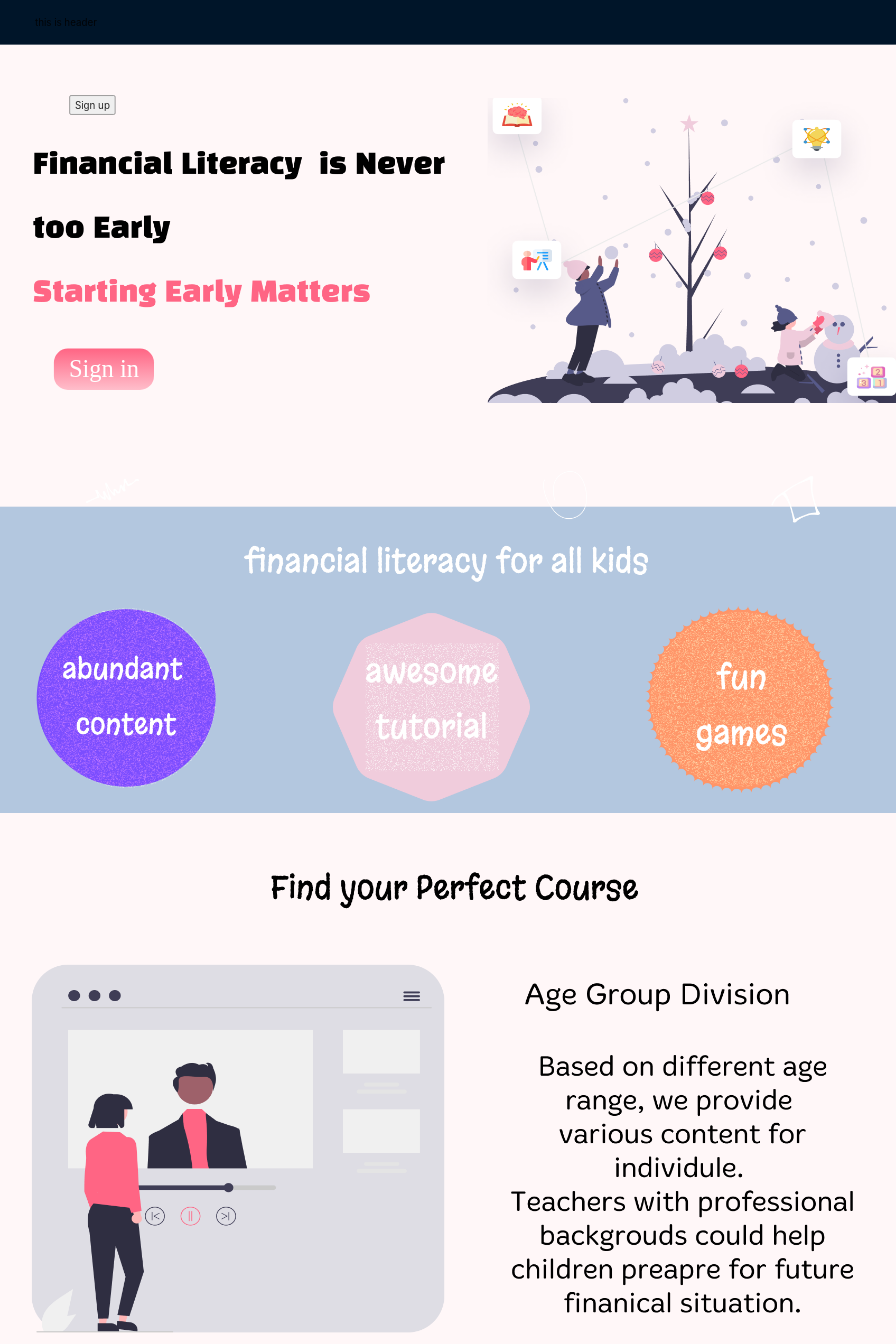
Repository: Zoe-XJ-Zhang/Goldilocks
Page: /
An editor plug-in stored every save of this project. The page is shown before and after the next save, followed by the edit.
The browser window is 1280 px wide. The pictures show the part of the page from y = 0 to 1920 px (the page is 2775 px tall), at 70% of full size.
The project was rebuilt for these pictures with package versions that can differ from the ones it lists, and the page was loaded fresh each time. Also part of the build but not shown: src/page/roadmapPage/roadmapPage.js, src/page/aboutPage/aboutPage.js.

Above is the page before, as saved 2022-08-31 17:14:53.

### public/index.html
<!DOCTYPE html>
<html lang="en">
  <head>
    <meta charset="utf-8" />
    <link rel="icon" href="./logo.jpg" />
    <meta name="viewport" content="width=device-width, initial-scale=1" />
    <meta name="theme-color" content="#000000" />
    <meta
      name="description"
      content="Web site created using create-react-app"
    />
    <title>Goldilocks</title>
  </head>
  <body>
    <noscript>You need to enable JavaScript to run this app.</noscript>
    <div id="root"></div>
  </body>
</html>

### src/App.js
import "./App.css";
import { Layout } from "antd";
import { Route, Routes } from "react-router-dom";
import HomePage from "./page/homePage/homePage";
import RoadmapPage from "./page/roadmapPage/roadmapPage";
import AboutPage from "./page/aboutPage/aboutPage";

const { Header, Footer, Content } = Layout;

function App() {
  return (
    <div className="App">
      <Header>this is header</Header>
      <Content>
        <Routes>
          <Route path="/*" element={<HomePage />}></Route>
          <Route path="/home" element={<HomePage />}></Route>
          <Route path="/roadmap" element={<RoadmapPage />}></Route>
          <Route path="/aboutus" element={<AboutPage />}></Route>
        </Routes>
      </Content>
      <Footer style={{
            textAlign: 'center',
            fontSize:'20px',
          }}>HSBC @2022 Godilocks</Footer>
    </div>
  );
}

export default App;

### src/page/homePage/homePage.js
import React from 'react';
import './homePage.css';

import homepage from '../../images/home_page.png'
const HomePage = () => {
    return (<div className='homepage'>
        <button className='signin'>Sign in</button><button className='signup'>Sign up</button>
        {/* <Image src={homepage}  alt="asd" title="QW"></Image> */}
        <img src={homepage} alt="" />
    </div>);

};

export default HomePage;

### src/page/homePage/homePage.css
img {
  width: 100%;
  height: 100%;
  object-fit: contain;
}
.signin {
  width: 143px;
  height: 59px;
  left: 77px;
  top: 498px;

  background: linear-gradient(
    180deg,
    #ff6584 0%,
    rgba(255, 83, 118, 0.35) 100%
  );
  border-radius: 20px;
  border: none;
  position: absolute;

  z-index: 2;
  font-family: 'Merge One';
font-style: normal;
font-weight: 500;
    font-size: 35px;
/* or 465% */
cursor: pointer;

color: #FFFFFF;

}
button::before {

    position: absolute;

    top: 50%;

    left: 50%;

    width: 100%;

    height: 100%;

    background-color: rgb(167, 37, 37);

    border: inherit;

    border-color: rgb(135, 38, 38);

    border-radius: inherit;

    transform: translate(-50%, -50%);

    opacity: 0;

    content: ' ';

  }
  button:active::before{
      opacity: 0.5;
  }
.signup {
    cursor: pointer;
  position: absolute;

  z-index: 2;

  margin: 72px 0px 0px 99px;
}

Loaded but not shown: src/index.js (common file); src/index.css (common file); src/reportWebVitals.js (common file); src/App.css (common file)

After the next save:
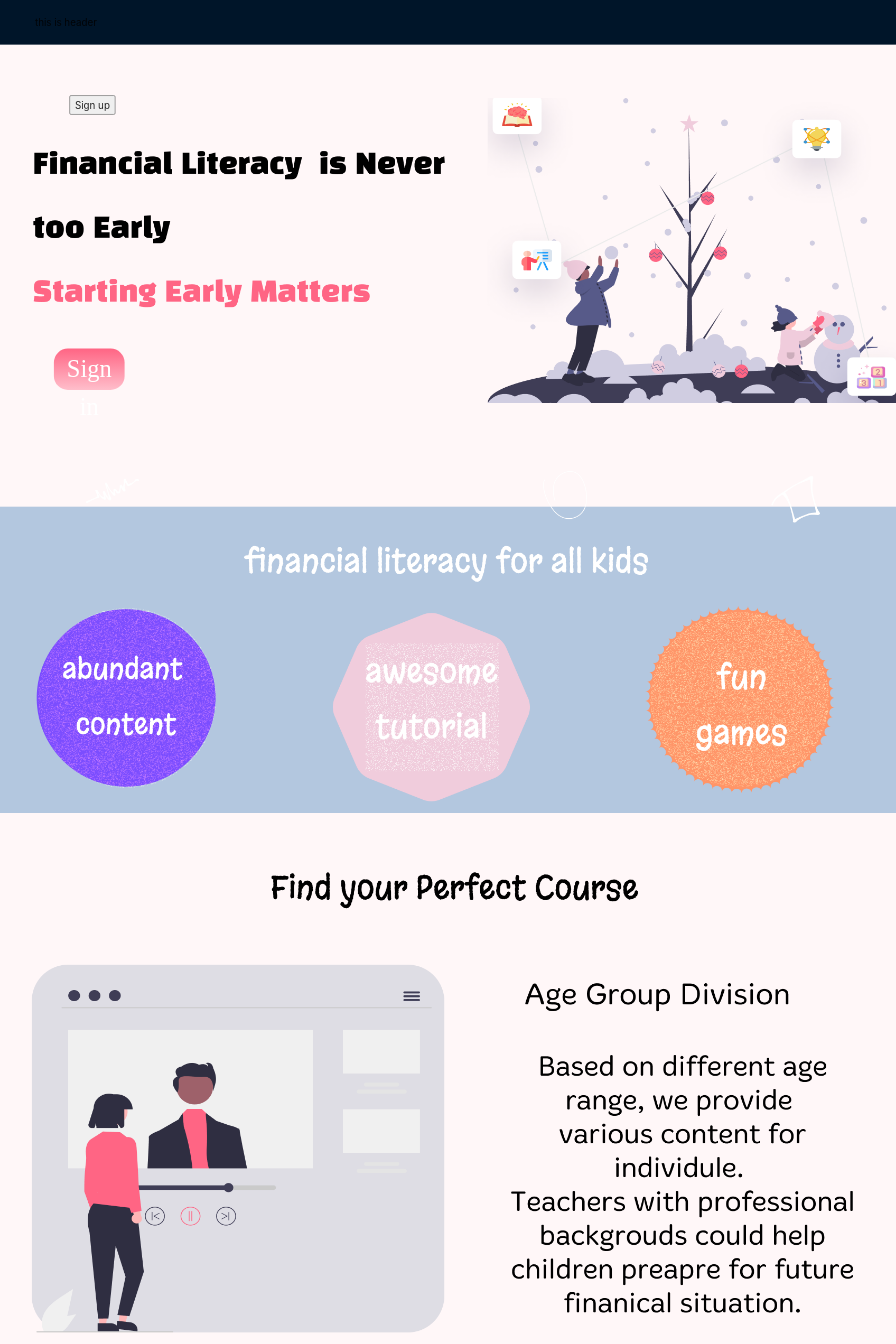
Saved 5 min 58 s later.
--- a/src/page/homePage/homePage.css
+++ b/src/page/homePage/homePage.css
@@ -4,7 +4,7 @@ img {
   object-fit: contain;
 }
 .signin {
-  width: 143px;
+  width: 101px;
   height: 59px;
   left: 77px;
   top: 498px;
